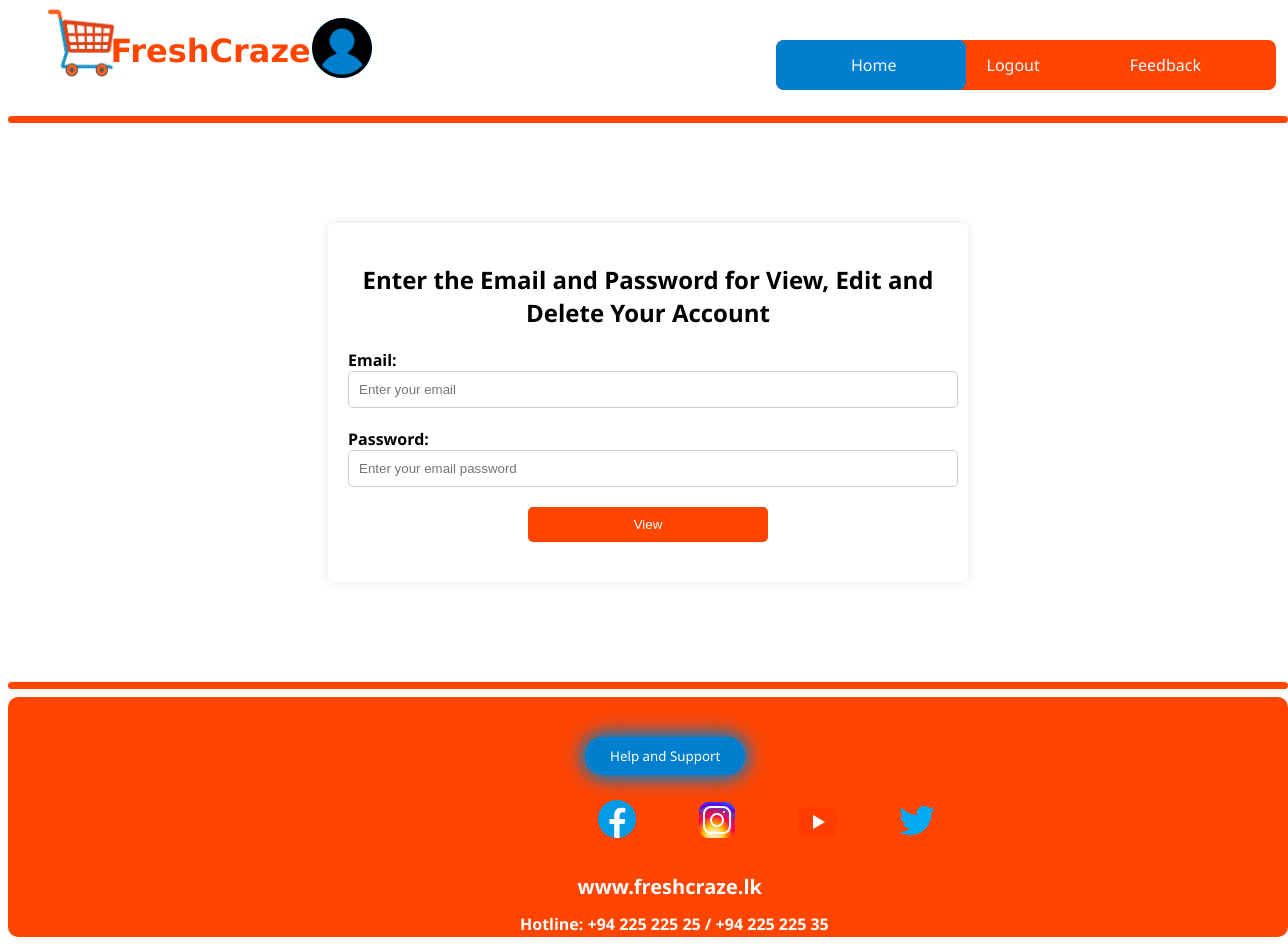
Repository: chamarac2002/FreshCraze
Page: http://localhost/CustomerDemo/profile.jsp
The author's editor kept a copy of each file at every save. The page is drawn from the files as they stood at one save, then again after the next save.
The browser window is 1280 px wide. The page is 1288 px wide, so the pictures cover 1288 px, including what lies to the right of the window. The pictures show the whole page.
The page is served by Tomcat 9. Nobody is signed in. The application's start-up code is not run.

Above is the page before, as saved 2024-05-11 07:39:46.

After the next save:
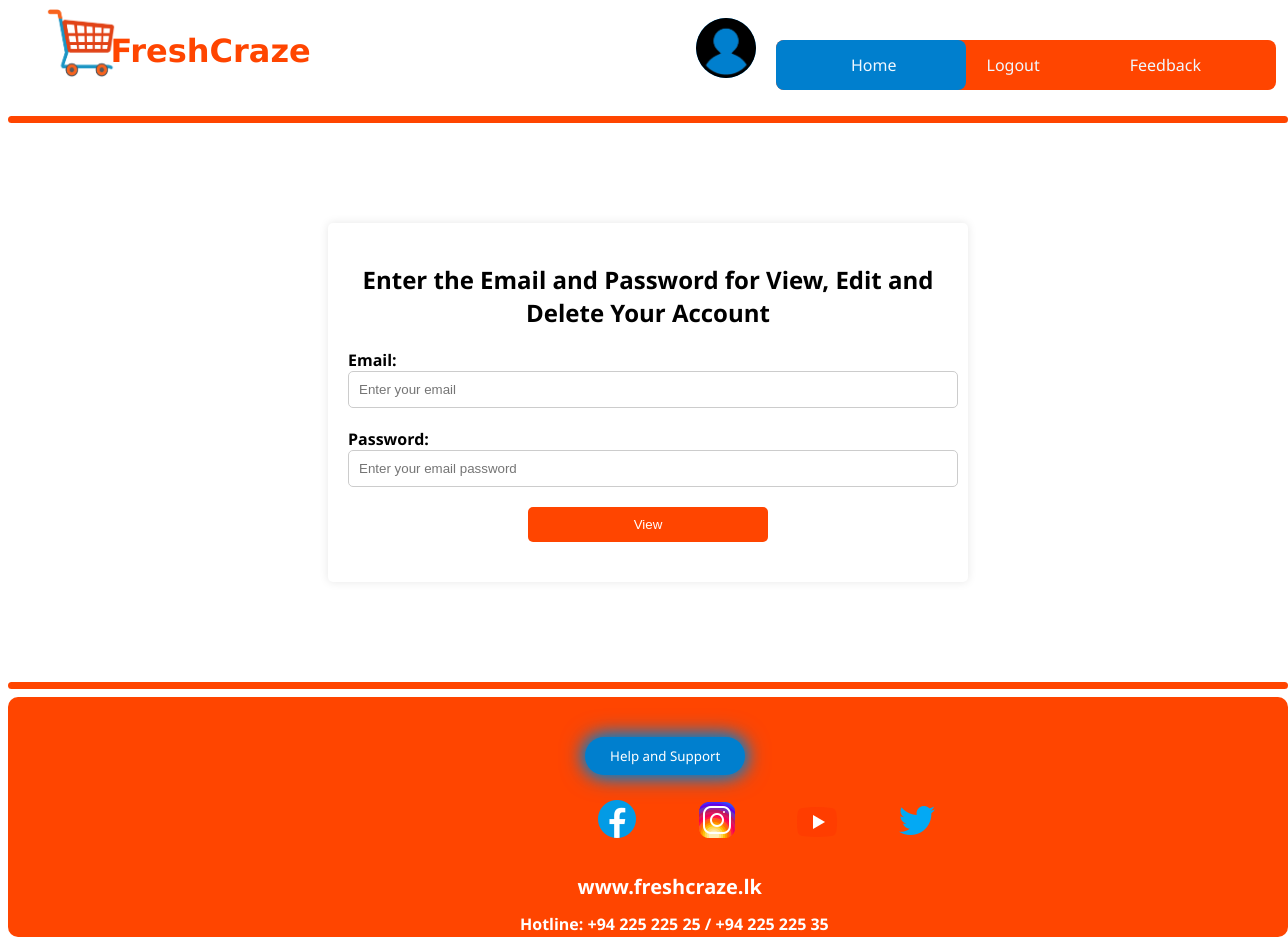
Saved 15 s later.
--- a/CustomerDemo/src/main/webapp/Styles/profile.css
+++ b/CustomerDemo/src/main/webapp/Styles/profile.css
@@ -15,7 +15,7 @@
 .user{
     width: 60px;
     height: 60px;
-    margin-left: 15%;
+    margin-left: 45%;
     background-color: rgb(0, 127, 206);
     border-radius: 30px;
 }
